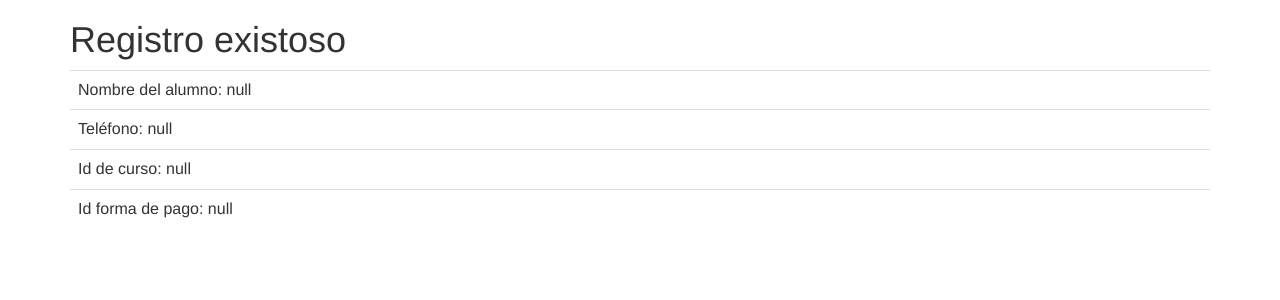
Repository: MarceArratia/ProyectosJava
Page: http://localhost/ListarInscripciones/confirmacion.jsp
These files come from the project's save history. The page is drawn as it stood at one moment and after the next save; the edit follows.
The browser window is 1280 px wide. The pictures show the whole page.
The page is served by Tomcat 9. Other server files are loaded and not shown.

Above is the page before, as saved 2020-07-29 01:28:00.

### ListarInscripciones/WebContent/confirmacion.jsp
<%@ page language="java" contentType="text/html; charset=UTF-8" pageEncoding="UTF-8"%>
<%

   String nombre = request.getParameter("nombre");
   String celular = request.getParameter("telefono");
   String idCurso = request.getParameter("idCurso");
   String idFormaDePago = request.getParameter("idFormaPago");
%>
<html>
<head>
<meta charset="ISO-8859-1">
<link rel="stylesheet" href="https://maxcdn.bootstrapcdn.com/bootstrap/3.4.0/css/bootstrap.min.css">
<script src="https://ajax.googleapis.com/ajax/libs/jquery/3.4.0/jquery.min.js"></script>
<script src="https://maxcdn.bootstrapcdn.com/bootstrap/3.4.0/js/bootstrap.min.js"></script>
<title>Confirmacion</title>
</head>
<body>
<div class="container">

   <h1>Registro existoso</h1>
   <table class="table">
  <tr>
  <td>Nombre del alumno: <%=nombre%></td>
 </tr>
    <tr>
 <td>Teléfono: <%=celular%></td>
 </tr>
   <tr>
 <td>Id de curso: <%=idCurso%></td>
  </tr>
    <tr>
	<td>Id forma de pago: <%=idFormaDePago%></td>
</tr>
 </table>
</div>
</body>
</html>

After the next save:
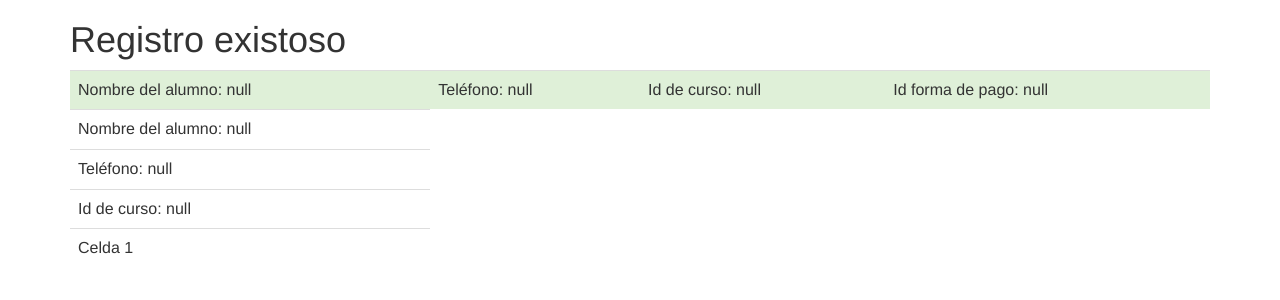
Saved 3 min 1 s later.
--- a/ListarInscripciones/WebContent/confirmacion.jsp
+++ b/ListarInscripciones/WebContent/confirmacion.jsp
@@ -6,6 +6,7 @@
    String idCurso = request.getParameter("idCurso");
    String idFormaDePago = request.getParameter("idFormaPago");
 %>
+
 <html>
 <head>
 <meta charset="ISO-8859-1">
@@ -19,18 +20,29 @@
 
    <h1>Registro existoso</h1>
    <table class="table">
+   <tr class="table-active"><%= " " %>
+<td class="bg-success">Nombre del alumno: <%=nombre%></td>
+<td class="bg-success">Teléfono: <%=celular%></td>
+<td class="bg-success">Id de curso: <%=idCurso%></td>
+<td class="bg-success">Id forma de pago: <%=idFormaDePago%></td>
+</tr><tr>
+
   <tr>
   <td>Nombre del alumno: <%=nombre%></td>
  </tr>
     <tr>
- <td>Teléfono: <%=celular%></td>
+
+    <td>Teléfono: <%=celular%></td>
  </tr>
    <tr>
- <td>Id de curso: <%=idCurso%></td>
+
+    <td>Id de curso: <%=idCurso%></td>
   </tr>
     <tr>
-	<td>Id forma de pago: <%=idFormaDePago%></td>
-</tr>
+
+    <td>Celda 1</td>
+
+  </tr>
  </table>
 </div>
 </body>
